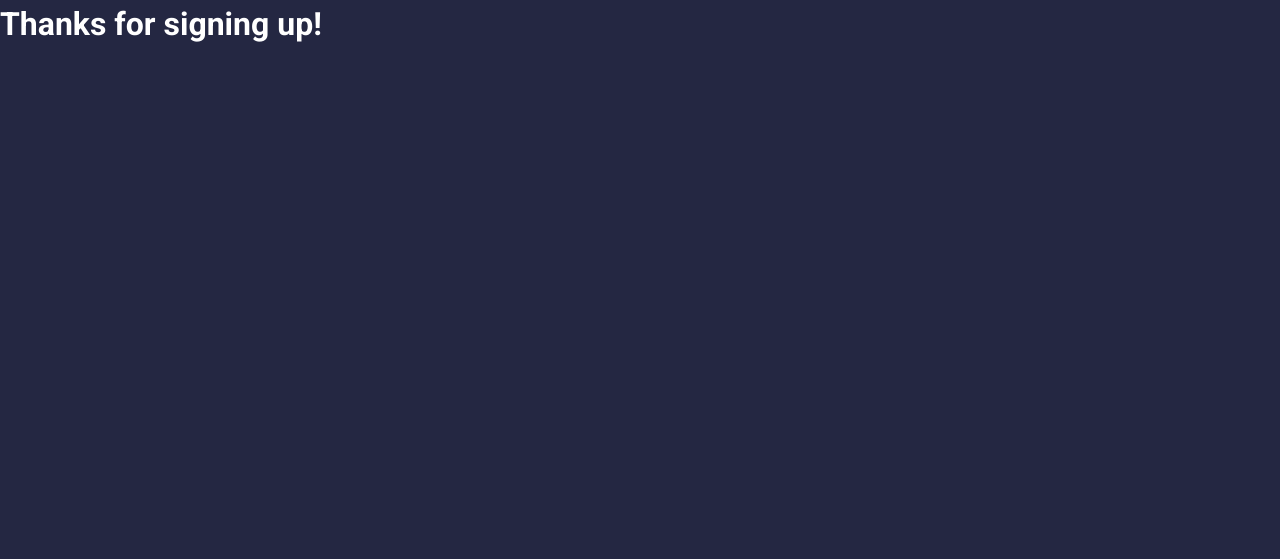
Repository: brandontaylor1/newsletter-signup
Page: success.html
An editor plug-in stored every save of this project. The page is shown before and after the next save, followed by the edit.
The browser window is 1280 px wide. The pictures show the whole page.

Above is the page before, as saved 2025-01-19 22:27:57.

### success.html
<!DOCTYPE html>
<html lang="en">
<head>
    <meta charset="UTF-8">
    <meta name="viewport" content="width=device-width, initial-scale=1.0">
    <link rel="preconnect" href="https://fonts.googleapis.com">
    <link rel="preconnect" href="https://fonts.gstatic.com" crossorigin>
    <link href="https://fonts.googleapis.com/css2?family=Roboto:ital,wght@0,100..900;1,100..900&display=swap" rel="stylesheet">
    <link rel="stylesheet" href="success.css">
    <title>Success | Newsletter Sign Up</title>
</head>
<body>
    <div class="success-card">
        <h1>Thanks for signing up!</h1>


    </div>



</body>
</html>

### success.css
* {
    margin: 0;
    padding: 0;
    box-sizing: border-box;
}

:root {
    /* COLORS */

    --primary-color-tomato: hsl(4, 100%, 67%);
    --neutral-color-white: hsl(0, 0%, 100%);
    --neutral-color-darkGray: hsl(234, 29%, 20%);
    --neutral-color-charcoalGray: hsl(235, 18%, 26%);
    --neutral-color-gray: hsl(231, 7%, 60%);

    /* FONTS */
    --fontWeight-regular: 400;
    --fontWeight-heavy: 700;
}

body {
    font-family: "Roboto", sans-serif;
    font-size: 16px;
    line-height: 1.5;
    background-color: var(--neutral-color-darkGray);
    color: var(--neutral-color-white);
}

After the next save:
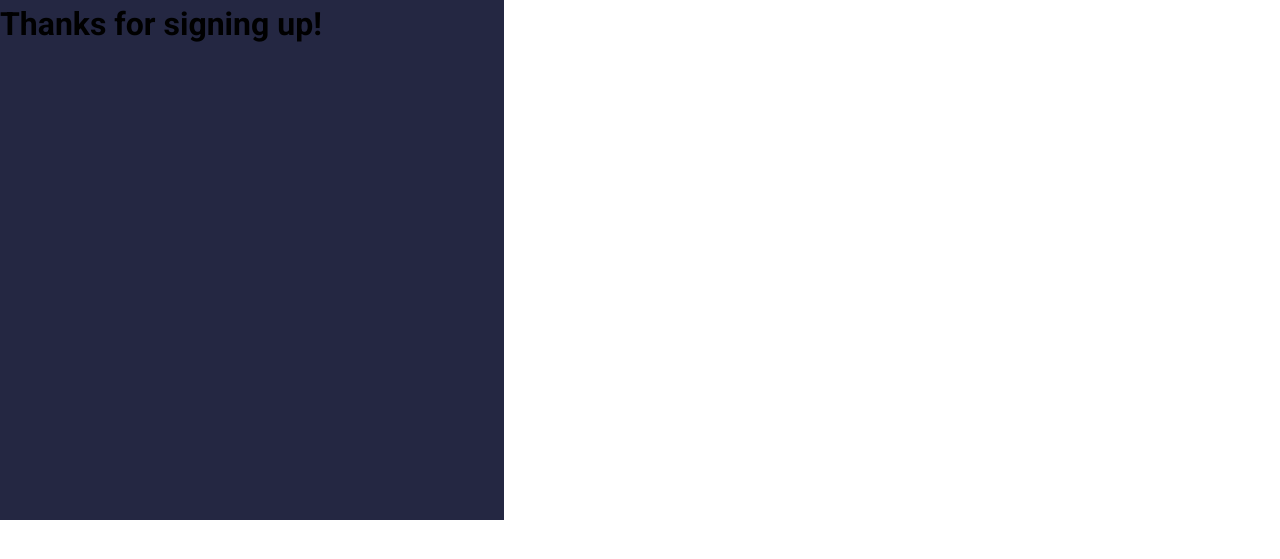
Saved 106 s later.
--- a/success.css
+++ b/success.css
@@ -22,6 +22,19 @@
     font-family: "Roboto", sans-serif;
     font-size: 16px;
     line-height: 1.5;
+}
+
+.container {
     background-color: var(--neutral-color-darkGray);
     color: var(--neutral-color-white);
+    display: flex;
+    justify-content: center;
+    align-items: center;
 }
+
+.success-card {
+    width: 504px;
+    height: 520px;
+    background-color: var(--neutral-color-darkGray);
+
+}
